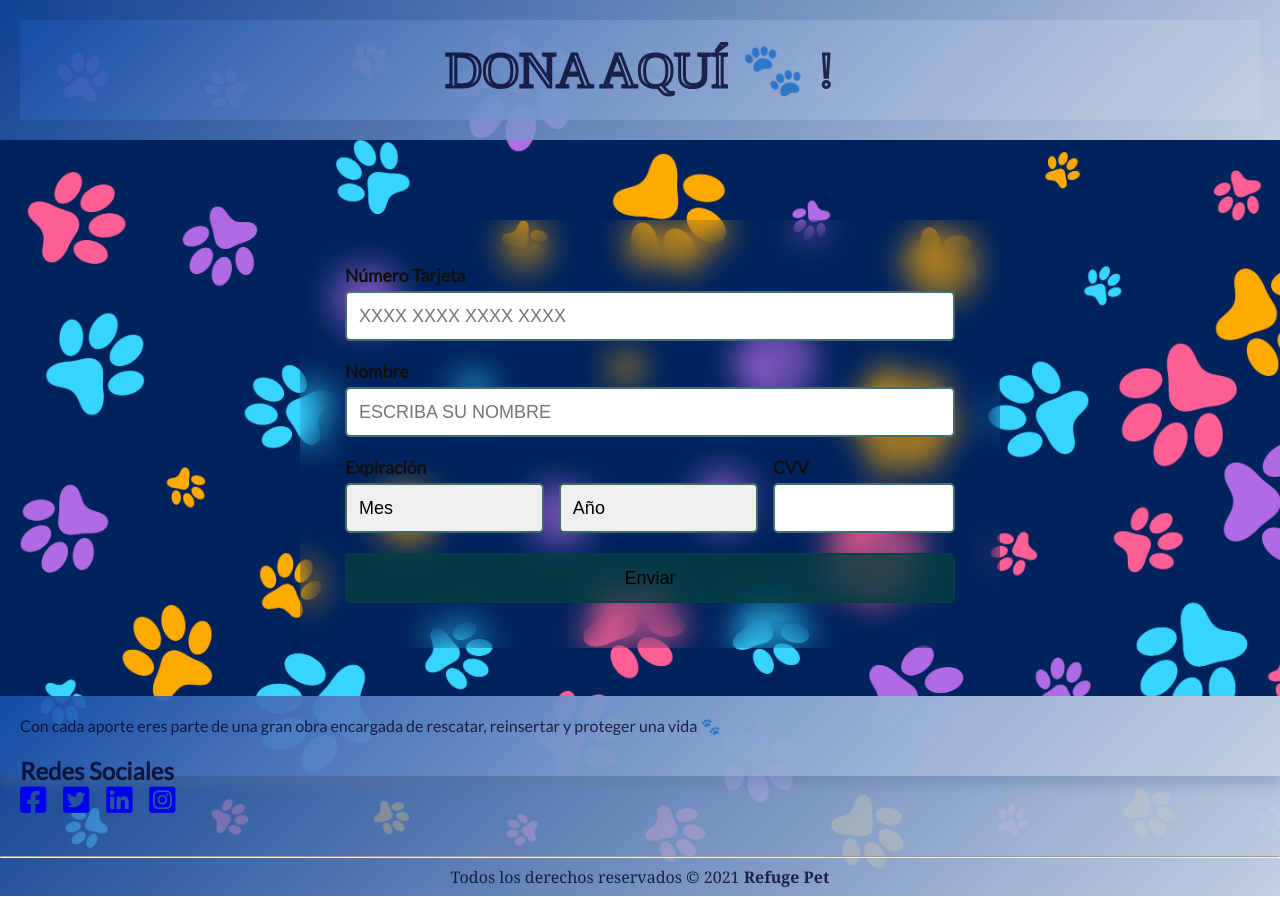
Repository: andreasvidal/SCL019-card-validation
Page: src/views/cardvalidation.html
An editor plug-in stored every save of this project. The page is shown before and after the next save, followed by the edit.
The browser window is 1280 px wide. The pictures show the whole page.
Some web fonts or font styles are not loaded; a fallback is used. Some web libraries are served in a nearby version.

Above is the page before, as saved 2022-04-13 10:37:27.

### src/views/cardvalidation.html
<!DOCTYPE html>
<html lang="en">

<head>
    <meta charset="UTF-8" />
    <meta http-equiv="X-UA-Compatible" content="IE=edge" />
    <meta name="viewport" content="width=device-width, initial-scale=1.0" />
    <link rel="preconnect" href="https://fonts.googleapis.com" />
    <link rel="preconnect" href="https://fonts.gstatic.com" crossorigin />
    <link href="https://fonts.googleapis.com/css2?family=Lato:ital,wght@0,400;1,700&display=swap" rel="stylesheet" />
    <link rel="preconnect" href="https://fonts.googleapis.com" />
    <link rel="preconnect" href="https://fonts.gstatic.com" crossorigin />
    <link href="https://fonts.googleapis.com/css2?family=Hurricane&family=Lato:ital,wght@1,700&display=swap" rel="stylesheet" />
    <link rel="stylesheet" href="https://use.fontawesome.com/releases/v5.8.1/css/all.css" integrity="sha384-50oBUHEmvpQ+1lW4y57PTFmhCaXp0ML5d60M1M7uH2+nqUivzIebhndOJK28anvf" crossorigin="anonymous" />
    <link rel="stylesheet" href="../css/formstyle.css" />
    <link rel="stylesheet" href="../css/style.css" />
    <title>Formulario</title>
</head>

<!--contenido principal formulario-->

<body>
    <div class="subtitle">
        <p class="subtitle">DONA AQUÍ 🐾 !</p>
    </div>
    <form id="formValidation" class="form-validation">
        <div class="bg-blur">
            <div class="data-card" id="dataForm">
                <label for="inputNumber">Número Tarjeta</label>
                <input type="text" id="inputNumber" name="number" maxlength="16" autocomplete="off" pattern="[0-9]+" placeholder="XXXX XXXX XXXX XXXX" required />
                <h5 id="print"></h5>
            </div>
            <div class="data-card">
                <label for="inputNameUser">Nombre </label>
                <input type="text" id="inputNameUser" name="nameUser" placeholder="Escriba su nombre" required />
                <h5 id="print"></h5>
            </div>
            <!--datos expiración tarjeta-->
            <div class="flexbox">
                <div class="data-card expider-date">
                    <label for="monthSelect">Expiración</label>
                    <div class="flexbox">
                        <div class="data-card-select">
                            <select name="monthSelect" id="monthSelect" required>
                <option disabled selected>Mes</option>
                <option value="1">1</option>
                <option value="2">2</option>
                <option value="3">3</option>
                <option value="4">4</option>
                <option value="5">5</option>
                <option value="6">6</option>
                <option value="7">7</option>
                <option value="8">8</option>
                <option value="9">9</option>
                <option value="10">10</option>
                <option value="11">11</option>
                <option value="12">12</option>
              </select>
                        </div>
                        <div class="data-card-select">
                            <select name="yearSelect" id="yearSelect" required>
                <option disabled selected>Año</option>
                <option value="2">2014</option>
                <option value="5">2015</option>
                <option value="6">2016</option>
                <option value="7">2017</option>
                <option value="8">2018</option>
                <option value="9">2019</option>
                <option value="10">2020</option>
                <option value="11">2021</option>
                <option value="12">2022</option>
              </select>
                        </div>
                    </div>
                </div>
                <div class="data-card ccv">
                    <label for="inputCcv">CVV</label>
                    <input type="text" id="inputCcv" name="inputCcv" maxlength="3" required />
                </div>
            </div>
            <button type="submit" value="sendForm" class="btn-send" id="sendForm">
        Enviar
      </button>
        </div>
    </form>
    <footer>
        <div class="container__footer">
            <div class="box__footer">
                <div class="terms">
                    <p>
                        Con cada aporte eres parte de una gran obra encargada de rescatar, reinsertar y proteger una vida 🐾
                    </p>
                </div>
            </div>
            <div class="box__footer">
                <h2>Redes Sociales</h2>
                <a href="#"> <i class="fab fa-facebook-square"></i></a>
                <a href="#"><i class="fab fa-twitter-square"></i></a>
                <a href="#"><i class="fab fa-linkedin"></i></a>
                <a href="#"><i class="fab fa-instagram-square"></i></a>
            </div>
        </div>
        <div class="box__copyright">
            <hr />
            <p class="footer-txt">Todos los derechos reservados © 2021 <b>Refuge Pet</b></p>
        </div>
    </footer>
    <!-- jQuery-->
    <script src="https://ajax.googleapis.com/ajax/libs/jquery/3.6.0/jquery.min.js"></script>
    <!--materialize -->
    <!--JS-->
    <script src="../js/index.js" type="module"></script>
</body>

</html>

### src/css/formstyle.css
* {
    padding: 0;
    margin: 0;
    box-sizing: border-box;
}

body {
    font-family: 'Lato', 'sans-serif';
    background-image: url(../assets/img/fondopatas.jpg);
    background-size: cover;
    background-repeat: no-repeat;
}


/*estilos formulario validacion*/

.form-validation {
    color: beige;
    width: 100%;
    max-width: 700px;
    margin-left: 300px;
    border-radius: 10px;
    position: relative;
    top: 80px;
    z-index: 1;
}

.bg-blur {
    backdrop-filter: blur(1rem);
    width: 100%;
    padding: 45px;
}

.form-validation label {
    display: block;
    color: rgb(15, 15, 15);
    margin-bottom: 5px;
    font-size: 1.1rem;
    font-weight: 700;
}

.form-validation input,
.form-validation select,
.btn-send {
    border: 2px solid rgba(4, 63, 63, 0.753);
    font-size: 18px;
    height: 50px;
    width: 100%;
    padding: 5px 12px;
    border-radius: 5px;
}

.form-validation input:hover,
.form-validation select:hover {
    border: 2px solid rgb(23, 24, 24);
}

.form-validation input:focus,
.form-validation select:focus {
    outline: rgb(173, 182, 182);
    box-shadow: 0 8px 8px 0 rgba(32, 38, 46, 0.3);
}

.form-validation input {
    margin-bottom: 20px;
    text-transform: uppercase;
}

.form-validation .flexbox {
    display: flex;
    justify-content: space-between;
}

.form-validation .expider-date {
    width: 100%;
}

.form-validation .ccv {
    min-width: 10px;
}

.form-validation .data-card-select {
    width: 100%;
    margin-right: 15px;
    position: relative;
}

.form-validation select {
    -webkit-appearance: none;
}


/*backgrond btn enviar*/

.btn-send {
    background: rgba(4, 63, 63, 0.753);
    ;
}

.btn-send:hover {
    background-color: rgba(94, 126, 136, 0.651);
    cursor: pointer;
}

#print {
    color: rgb(38, 41, 41);
    font-size: 16px;
}


/*footer*/

.terms {
    height: 30px;
    margin-bottom: 50px;
}

footer,
.container__footer {
    width: 100%;
    margin-top: 10%;
    background-size: cover;
    background-image: linear-gradient(135deg, #1650adad 0%, #c3cfe2 100%);
    box-shadow: 0 10px 10px 0 rgba(90, 116, 148, 0.3);
    color: rgba(2, 3, 39, 0.8);
}

.box__footer {
    padding: 20px;
    height: 10px;
}

.fab {
    padding-right: 40px;
    width: 20px;
    height: 20px;
    font-size: 30px;
}

.box__copyright {
    padding-top: 5rem;
    text-align: center;
    font-family: Georgia, 'Times New Roman', Times, serif;
    font-size: 1rem;
}

.footer-txt {
    padding: 0.5rem;
}

### src/css/style.css
     * {
         padding: 0;
         margin: 0;
         box-sizing: border-box;
     }

     body {
         font-family: 'Lato', 'sans-serif';
         background-image: url(../assets/img/fondopatas.jpg);
     }
     /*estilo titulo*/

     .title-h1 {
         display: flex;
         flex-direction: column;
         align-items: center;
         color: rgba(2, 3, 39);
         font-size: 8vw;
         background-image: linear-gradient(135deg, #1650adad 0%, #c3cfe2 100%);
         background: url(../assets/img/background-card/pngwing.com\ \(3\).png);
         background-repeat: no-repeat;
         background-size: contain;
         background-position: 15rem;
     }

     .subtitle {
         font-family: 'Shadows Into Light', cursive;
         text-align: center;
         padding: 20px 20px;
         color: rgb(74, 80, 80);
         font-size: 4vw;
         -webkit-text-fill-color: transparent;
         -webkit-text-stroke: 3px rgba(2, 3, 39, 0.8);
         background-image: linear-gradient(135deg, #1650adad 0%, #c3cfe2 100%);
     }

     .img-banner {
         display: flex;
         height: 500px;
         z-index: -1;
         flex-direction: row;
         margin-left: 50px;
         align-items: center;
         margin-bottom: -50px;
         border-radius: 15px;
     }
     /*contenedor tarjeta*/

     .container {
         width: 90%;
         max-width: 1000px;
         padding: 20px 60px;
         margin: auto;
         display: flex;
         /* deja los elementos en forma de columna*/
         flex-direction: column;
         /*align-items no sirve para centrar de forma vertical (se utiliza justify), se utiliza al cambiar la dirección con flex-direction*/
         align-items: center;
     }
     /*estilo tarjeta*/

     .card {
         padding-top: 30px;
         width: 100%;
         max-width: 550px;
         position: relative;
         color: rgb(37, 36, 36);
         cursor: pointer;
     }

     .card>div {
         padding: 30px;
         border-radius: 15px;
         min-height: 315px;
         display: flex;
         flex-direction: column;
         justify-content: space-between;
         box-shadow: 0 10px 10px 0 rgba(90, 116, 148, 0.822);
     }

     .style-card {
         width: 100%;
         background: url(../assets/img/background-card/bg-img-2.jpg);
         background-size: cover;
     }
     /*para mantener el espeacio de la imagen logo (contenedor vacio)*/

     .style-card .logo-card {
         text-align: right;
         min-height: 50px;
     }

     .style-card .logo-card img {
         width: 100%;
         height: 100%;
         object-fit: cover;
         max-width: 80px;
     }

     .style-card .chip-card {
         width: 100%;
         max-width: 50px;
         margin-bottom: 20px;
     }

     .style-card .form-group .card-label {
         font-size: 16px;
         color: rgb(115, 131, 131);
         margin-bottom: 5px;
     }

     .style-card .card-group .number-card,
     .style-card .card-group .name-card,
     .style-card .card-group .expider {
         /*color: rgb(74, 80, 80);*/
         font-size: 22px;
         text-transform: uppercase;
     }

     .style-card .flexbox {
         display: flex;
         justify-content: space-between;
         margin-top: 20px;
     }
     /*btn abrir formulario*/

     .btn-open {
         color: rgb(195, 214, 214);
         box-shadow: 0 10px 10px 0 rgba(90, 116, 148, 0.3);
         background: rgba(183, 0, 255, 0.514);
         width: 50px;
         height: 50px;
         margin-top: -10px;
         border-radius: 100%;
         z-index: 2;
     }

     .btn-open:hover {
         opacity: 0.50;
         -moz-opacity: .50;
         filter: alpha (opacity=50);
     }

     .btn-open {
         text-decoration: none;
         padding-top: 15px;
         text-align: center;
     }

### src/js/index.js
/*import validator from '../js/validator.js';

//Llamando al DOM

const btnForm = document.getElementById("sendForm");
const form = document.getElementById("#formValidation");
btnForm.addEventListener('click', function(e) {
    e.preventDefault();
    let creditCardNumber = document.getElementById('inputNumber').value;
    let maskified = validator.maskify(creditCardNumber);
    if (creditCardNumber === "") {
        return document.getElementById("print").innerHTML = "Reingrese su número de tarjeta sin espacios ni carácteres especiales";
    } else {
        return document.getElementById("print").innerHTML = "Tu tarjeta N° " + maskified + " es válida";
    }
})


// inputName solo letras, inputCcv y inputNumber  solo numeros
let inputNumber = document.getElementById('inputNumber');
let inputName = document.getElementById('inputNameUser');
let inputCcv = document.getElementById('inputCcv');

const onlyNum = /[^0-9]/g;
const onlypLet = /[^a-zA-ZÑñáéíóúÁÉÍÓÚ\s]*$/g;
inputNumber.addEventListener('input', function() {
    inputNumber.value = inputNumber.value.replace(onlyNum, '');
});
inputName.addEventListener('input', function() {
    inputName.value = inputName.value.replace(onlypLet, '');
});
inputCcv.addEventListener('input', function() {
    inputCcv.value = inputCcv.value.replace(onlyNum, '');
});

// mes y años
for (let i = 1; i <= 12; i++) {
    let optionDate = document.createElement('option');
    optionDate.value = i;
    optionDate.innerText = i;
    form.monthSelect.appendChild(optionDate);
}

// * Select del año generado dinamicamente.
const yearActual = new Date().getFullYear();
for (let i = yearActual; i <= yearActual + 8; i++) {
    let optionDate = document.createElement('option');
    optionDate.value = i;
    optionDate.innerText = i;
    optionDate.selectYear.appendChild(optionDate);
}*/

After the next save:
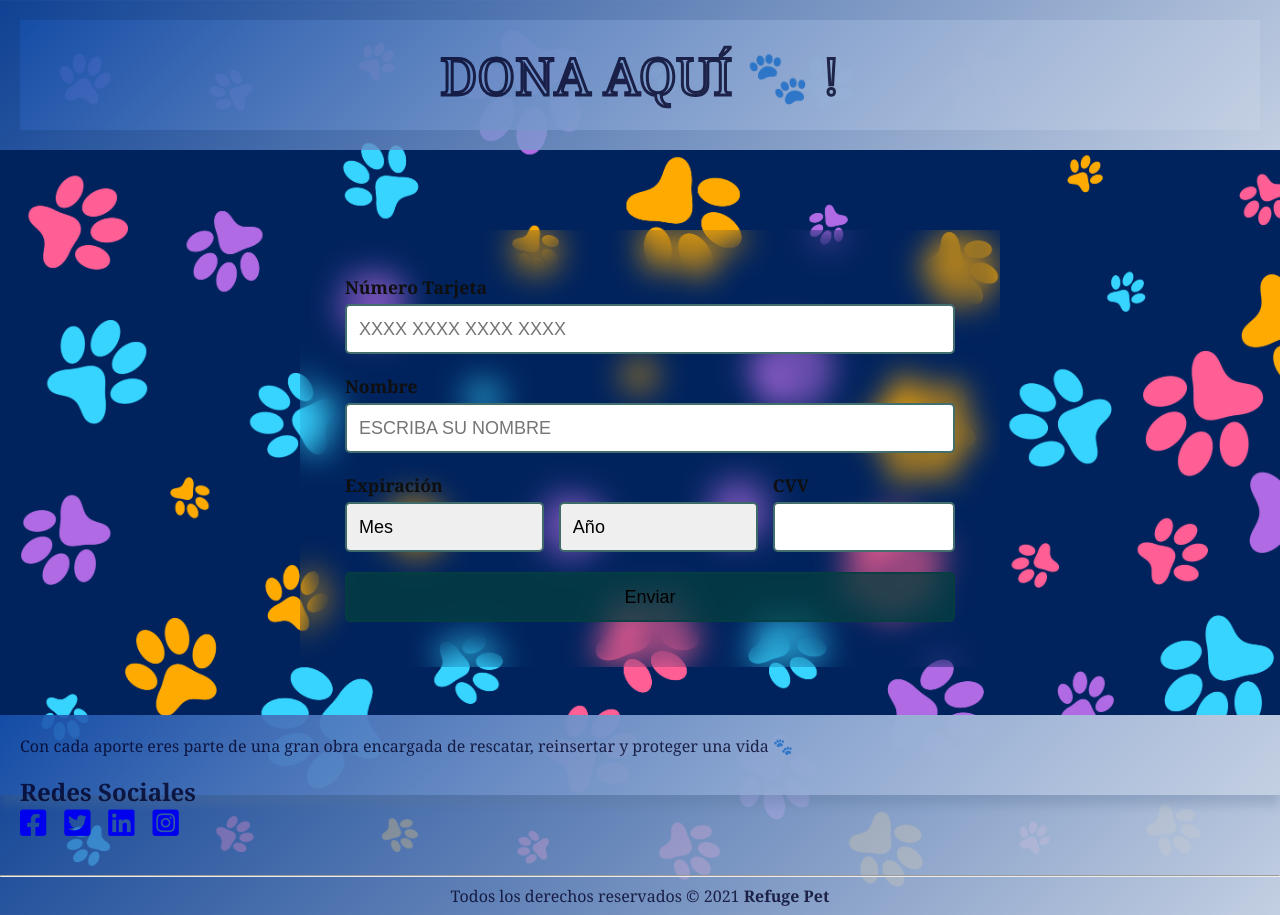
Saved 43 s later.
--- a/src/css/style.css
+++ b/src/css/style.css
@@ -7,6 +7,7 @@
      body {
          font-family: 'Lato', 'sans-serif';
          background-image: url(../assets/img/fondopatas.jpg);
+         font-family: Georgia, 'Times New Roman', Times, serif;
      }
      /*estilo titulo*/
 
@@ -24,7 +25,7 @@
      }
 
      .subtitle {
-         font-family: 'Shadows Into Light', cursive;
+         font-family: Georgia, 'Times New Roman', Times, serif;
          text-align: center;
          padding: 20px 20px;
          color: rgb(74, 80, 80);
